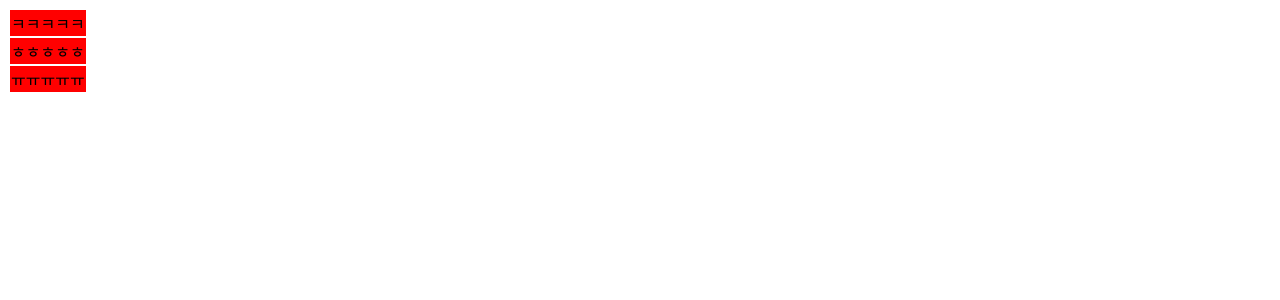
Repository: AgentHyun/FishDalle3
Page: Feb13_1_jQuery/WebContent/5_Example.html
The author's editor kept a copy of each file at every save. The page is drawn from the files as they stood at one save, then again after the next save.
The browser window is 1280 px wide. The pictures show the whole page.

Above is the page before, as saved 2025-02-13 07:08:08.

After the next save:
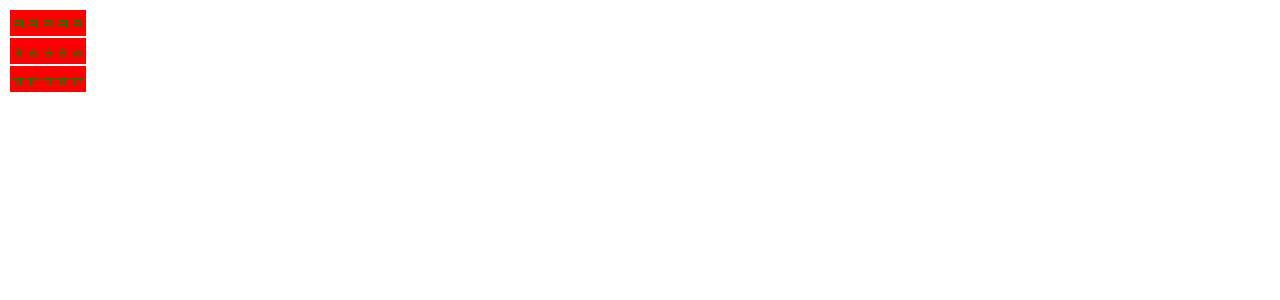
Saved 10 s later.
--- a/Feb13_1_jQuery/WebContent/5_Example.html
+++ b/Feb13_1_jQuery/WebContent/5_Example.html
@@ -16,7 +16,7 @@ $(function(){
 
 	  $("td").each(function(i, h){
 
-	      $(h).css("font-color", "green");
+	      $(h).css("color", "green");
 	      $(h).css("background-color", "red");
 
 
